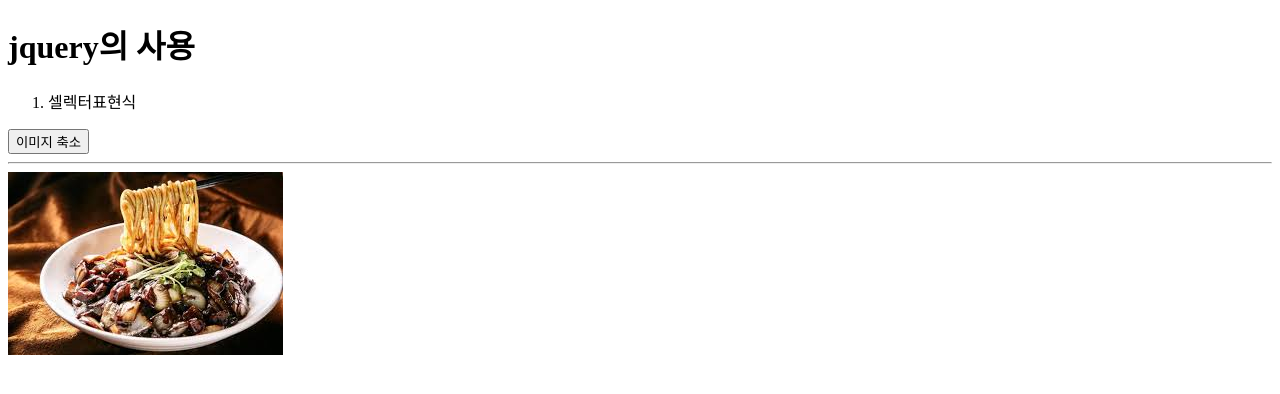
Repository: Junvelop/hkdevelope
Page: Downloads/back_end_edu20240624-master (1)/front_end_20240627/src/main/webapp/4.jq/jq01_환경설정및작성방법.html
An editor plug-in stored every save of this project. The page is shown before and after the next save, followed by the edit.
The browser window is 1280 px wide. The pictures show the whole page.
After loading, the first visible `button` was clicked once.

Above is the page before, as saved 2024-09-02 01:28:46.
Console error: ReferenceError: imgSize is not defined

After the next save:
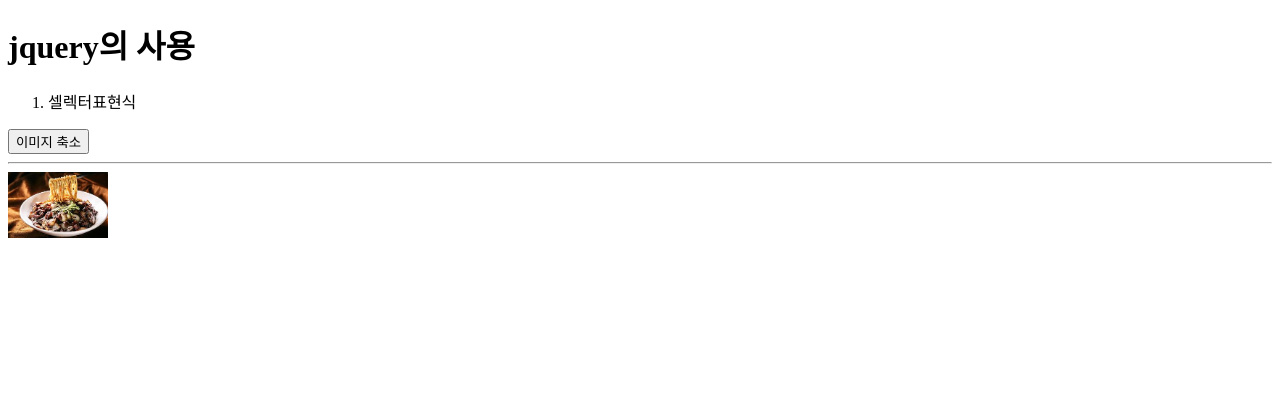
The error is gone.
Saved 4 min 32 s later.
--- a/Downloads/back_end_edu20240624-master (1)/front_end_20240627/src/main/webapp/4.jq/jq01_환경설정및작성방법.html
+++ b/Downloads/back_end_edu20240624-master (1)/front_end_20240627/src/main/webapp/4.jq/jq01_환경설정및작성방법.html
@@ -22,6 +22,15 @@
  });
 </script>
 
+<script type ="text/javascript">
+function imgSize(){
+	var imgJS = document.querySelectorAll("div > img"); // js 코드의 경우
+	var imgJQ = $("div > img"); //img 요소 객체 생성 제이쿼리로
+
+	imgJQ.css("width","100px"); //imgJS.style.width = 50px;
+}
+
+</script>
 </head>
 <body>
 <h1>jquery의 사용</h1>
